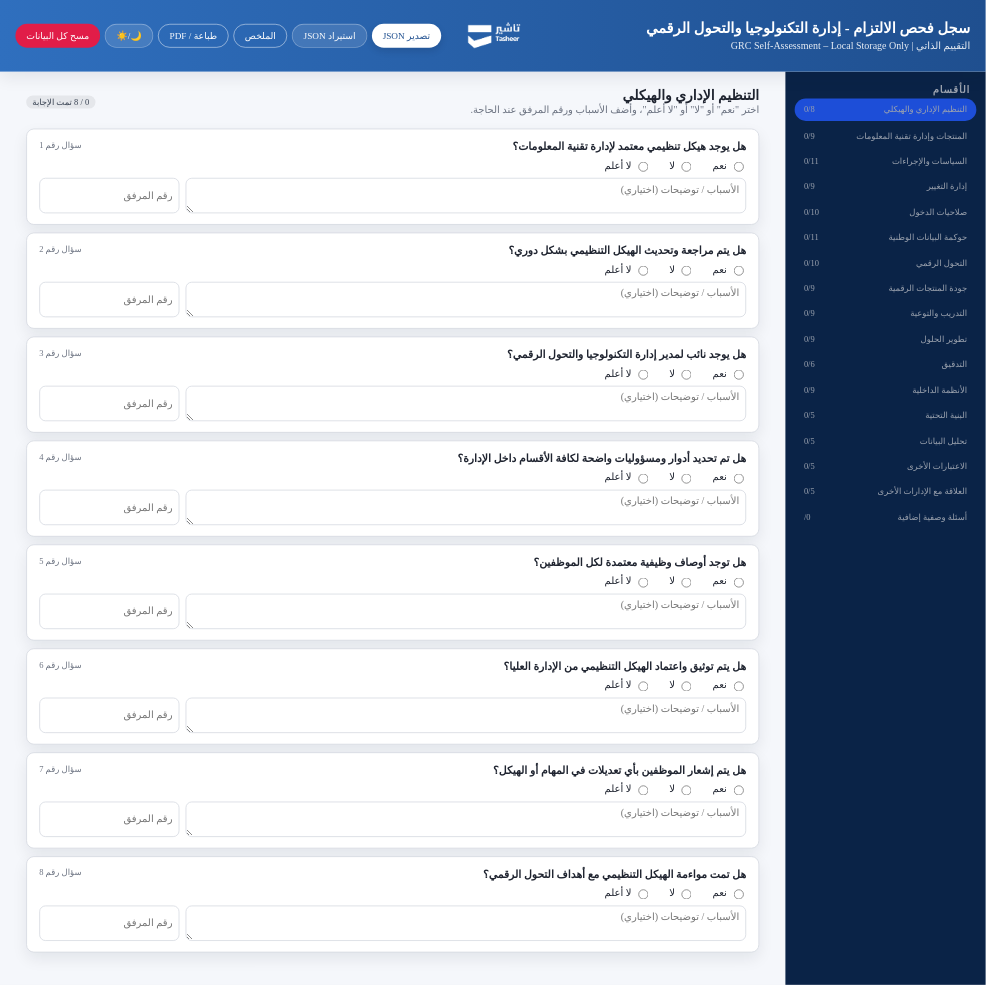
Repository: Tasheer-dev/GRCq
Page: index.html
An editor plug-in stored every save of this project. The page is shown before and after the next save, followed by the edit.
The browser window is 1280 px wide. The pictures show the whole page, at 77% of full size.

Above is the page before, as saved 2025-11-27 07:54:30.

After the next save:
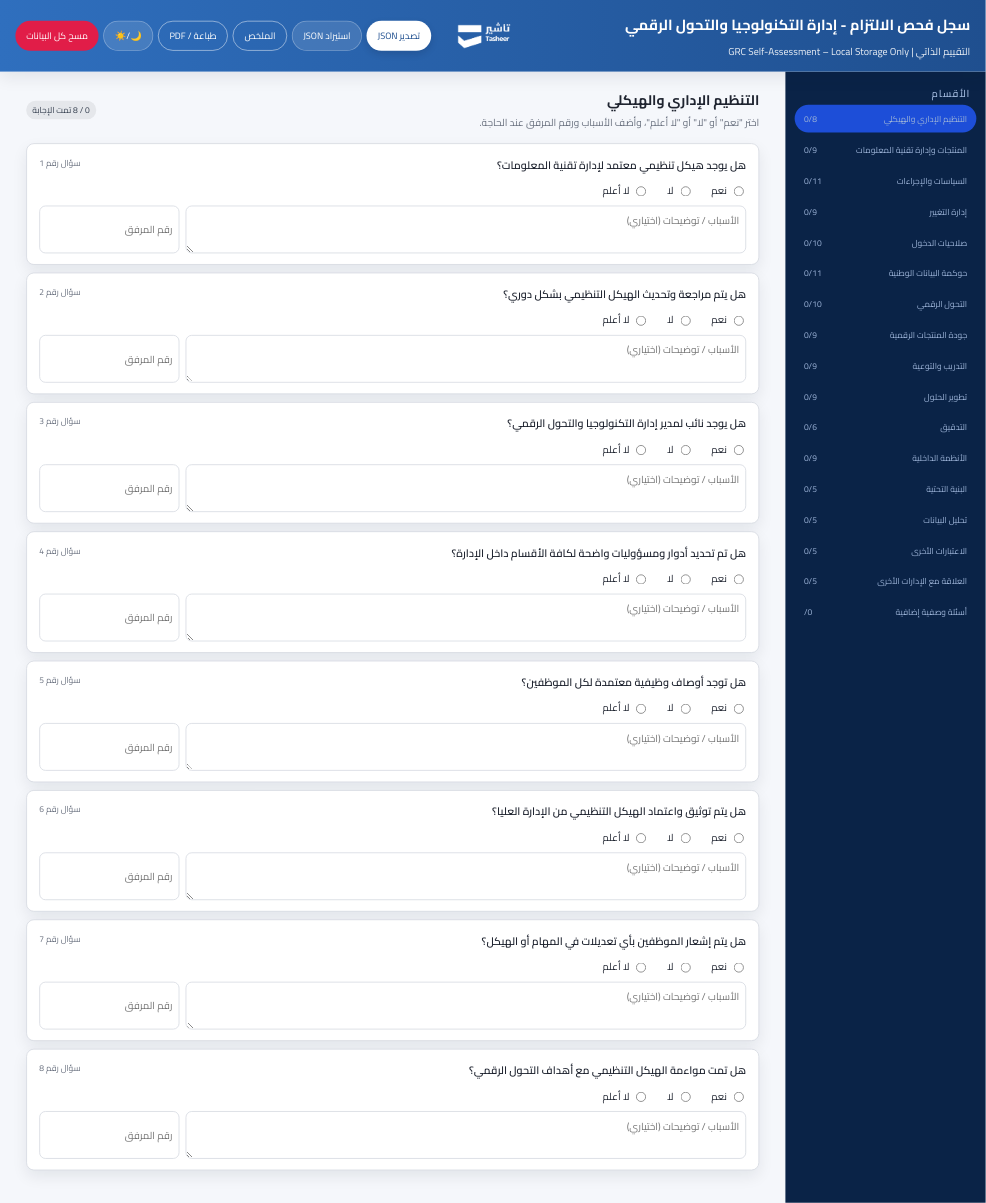
Saved 57 s later.
--- a/style.css
+++ b/style.css
@@ -13,12 +13,12 @@
   --danger: #e11d48;
   --success: #15803d;
   --warning: #ca8a04;
-  --sidebar-bg: #0a2347;
-  --sidebar-text: #e5e7eb;
-  --sidebar-muted: #9ca3af;
+  --sidebar-bg: #0a2347;     /* BLUE DARK */
+  --sidebar-text: #ffffff;
+  --sidebar-muted: #9cb3d7;
   --radius: 10px;
   --shadow: 0 8px 20px rgba(15, 23, 42, 0.08);
-  --font-ar: --font-ar: 'Cairo';
+  --font-ar: 'Cairo', sans-serif;
 }
 
 
